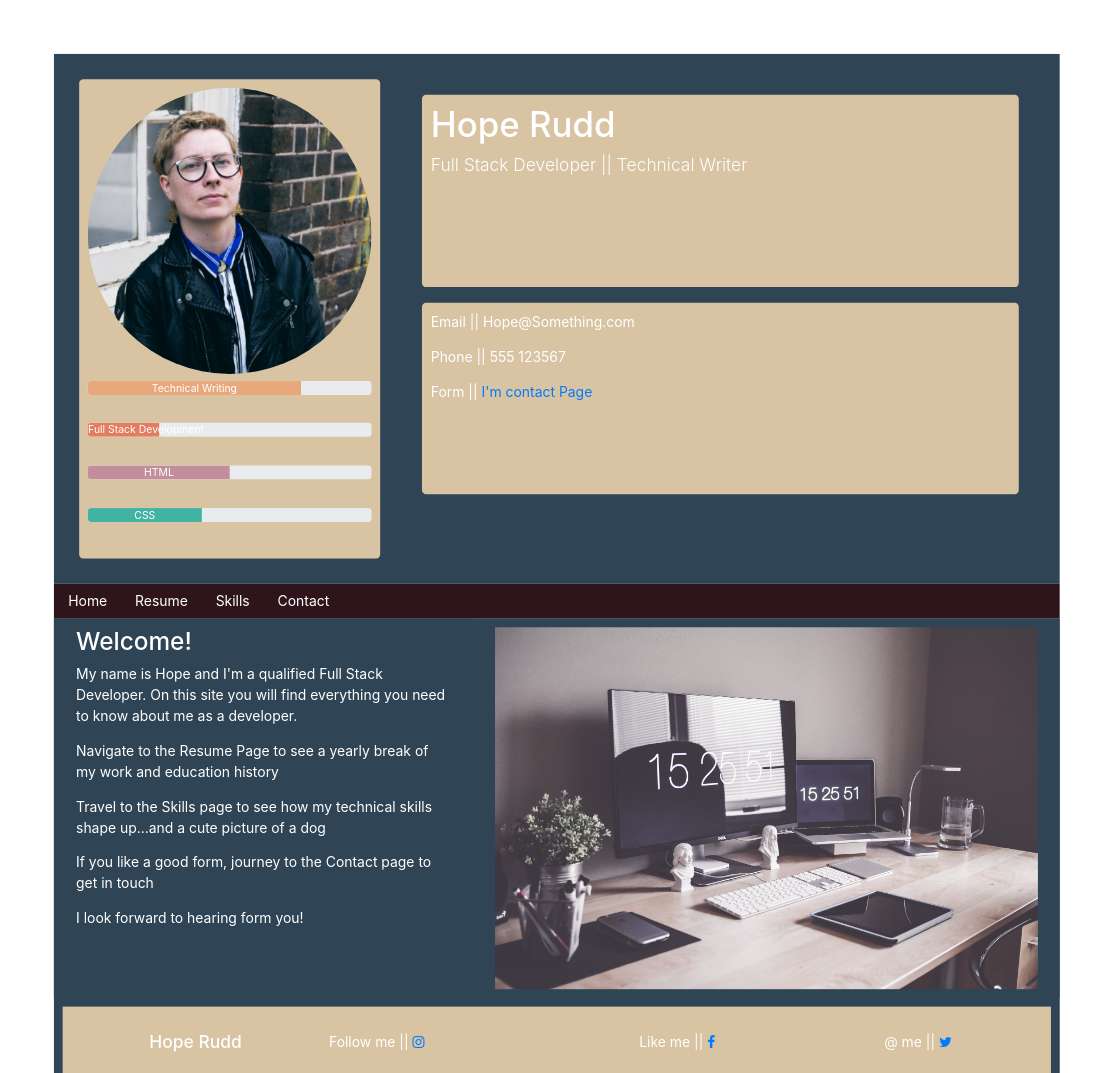
Repository: BleakTerrain/MilestoneProject-
Page: index.html
The author's editor kept a record of every edit. The page is drawn from the files as they stood at one moment, then again after the next edit.
The browser window is 1280 px wide. The pictures show the whole page, at 87% of full size.
Some web libraries are served in a nearby version.

Above is the page before.

### index.html
<html>

<head>
  <!-- Copied from UCB Resume code institue project -->

  <meta charset="UTF-8">
  <meta name="viewport" content="width=device-width, initial-scale=1.0">
  <meta http-equiv="X-UA-Compatible" content="ie=edge">
  <link rel="stylesheet" href="https://maxcdn.bootstrapcdn.com/bootstrap/4.2.1/css/bootstrap.min.css" type="text/css" />
  <link rel="stylesheet" href="https://maxcdn.bootstrapcdn.com/font-awesome/4.7.0/css/font-awesome.min.css" type="text/css" />
  <link rel="stylesheet" href="https://cdnjs.cloudflare.com/ajax/libs/hover.css/2.3.1/css/hover-min.css" type="text/css" />
  <link rel="stylesheet" href="assets/CSS/stylesheet.css" type="text/css" />
  <!-- Copied initial links end -->

  <title> Personal Portfolio</title>
</head>
<header>



</header>

<body>
<div class="intro-container">

 <!-------------------------Intro cards Started----------------------->
      <div class="row">
        <div class= "col-sm-4">
            <section class="jumbotron introtron">
          <img class="intro-image " src="BackgroundCodeInstitute.jpg" alt="Image not found">
           <div class="progress">
                <div class="progress-bar tech-writing " role="progressbar" aria-valuenow="40"
  aria-valuemin="0" aria-valuemax="100" style="width:75%">
  Technical Writing
  </div>
           </div>
            <div class="progress">
                <div class="progress-bar full-stack " role="progressbar" aria-valuenow="40"
  aria-valuemin="0" aria-valuemax="100" style="width:25%">
  Full Stack Development
  </div>
           </div>
             <div class="progress">
                <div class="progress-bar html" role="progressbar" aria-valuenow="40"
  aria-valuemin="0" aria-valuemax="100" style="width:50%">
  HTML
  </div>
           </div>
                <div class="progress">
                <div class="progress-bar css" role="progressbar" aria-valuenow="40"
  aria-valuemin="0" aria-valuemax="100" style="width: 40%">
  CSS
  </div>
           </div>
               </div>

               <div class="col-sm-8">
                 <div class="jumbotron name-card">
                <h1>Hope Rudd</h1>
                 <p class="lead ">Full Stack Developer || Technical Writer </p>
                 </div>

                  <section class= "jumbotron contact-card">
           <div class="row">
             <div class="col-sm-12">
            <p class="contact-info"> Email || Hope@Something.com</p>
            <p class="contact-info"> Phone || 555 123567</p>
            <p class="contact-info"> Form || <a href ="#">I'm contact Page</a></p>
              </div>

</section>
        </section>
        </div>

      </div>
    </div>

</div>
<!-------------------------------Intro cards finished-------------------------------->
<!-------------------------------Nav bar started-------------------------------->
<!-- inspired by example at https://www.w3schools.com/bootstrap4/bootstrap_navs.asp -->
<ul class = " nav navbar-default">
            <li class="nav-item">
              <a class="nav-link" href="#">Home</a>
            </li>
            <li class="nav-item">
              <a class="nav-link" href="#">Resume</a>
            </li>
            <li class="nav-item">
              <a class="nav-link" href="#">Skills</a>
            </li>
            <li class="nav-item">
              <a class="nav-link" href="#">Contact</a>
            </li>
          </ul>
<!-------------------------------Nav bar finished-------------------------------->
<!-------------------------------Bulk text started------------------------------->
    <section class="main-text container-fluid">
<div class="row">
  <div class="col-sm-5 main-text-box">
      <h3>Welcome!</h3> <i class="fas fa-door-open"></i>
      <p> My name is Hope and I'm a qualified Full Stack Developer. On this site you will find everything you need to know about me as a developer.</p>
      <p>Navigate to the Resume Page to see a yearly break of my work and education history</p>
      <p>Travel to the Skills page to see how my technical skills shape up...and a cute picture of a dog </p>
      <p>If you like a good form, journey to the Contact page to get in touch</p>
      <p> I look forward to hearing form you!</p>
  </div>
  <div class="col-sm-7 other-image-background">
<img class="other-image" src="DeskImage.jpg" alt="Image not found">
  </div>
</div>
    </section>
    </body>
<!-------------------------------Bulk text finished------------------------------->



<footer class="footer container-fluid">
<div class="row">
<div class="col-sm-3 footer-item">
  <h5>  Hope Rudd  </h5>
  </div>
  <div class="col-sm-3 footer-item-insta">
      <p>Follow me || <a href = "#"> <i class="fa fa-instagram aria-hidden=true"></i></a></p>
  <span class = "sr-only">Instagram link</span>
  </div>
  <div class="col-sm-3 footer-item">
      <p> Like me || <a href = "#"> <i class="fa fa-facebook aria-hidden=true"></i></a></p>
  <span class = "sr-only">Facebook Link</span>
  </div>
    <div class="col-sm-3 footer-item">
      <p>@ me || <a href = "#"> <i class="fa fa-twitter aria-hidden=true"></i></a></p>
  <span class = "sr-only">Twitter Link</span>
  </div>
</footer>

</html>

### assets/CSS/stylesheet.css

/* Main background taken from bootstraps basics project*/
/* General theme inspiration from : https://visme.co/blog/website-color-schemes/ */

body, html {
  height: 100%;
  margin: 2.5%;
}
/* -----------------------------------Intro bar---------------*/

.intro-container
{
padding:2.5%;
background-color: #2f4454;
}
.jumbotron
{
  margin:2.5%;
 padding: 10px;
 text-align: center;
  background-color: #D8C3A3;
  color:#fff;

}
.jumbotron-header
{
  font-size:500%;

}

.introtron
{
  margin:0;
min-height: 40%;
}

.intro-image {
  padding-bottom: 2.5%;
    width: 100%;
    background-position: center;
    background-repeat: no-repeat;
    transition: all .5s ease-in-out;
    -moz-transition: all .5s ease-in-out;
    -webkit-transition: all .5s ease-in-out;
  border-radius: 50%;
  display:inline-block;
}

.contact-card
{

  text-align: left;
  height:40%;
}
.name-card
{
  text-align:left;
  font-size: x-large;
  height:40%;
}
/*-----------------------------SkillsBar-------------------*/
.skill-bars
{
 width: 100%;
 border: solid 10px #41B3A3 ;
 padding: 2.5%;
}
.progress
{
  margin-bottom:10%;
}
.full-stack
{
  background-color: #E27D60;
}
.tech-writing
{
  background-color: #e8a87c;
}
.html
{
  background-color: #C38D9E;
}
.css
{
  background-color: #41B3A3;
}
/*----------------------------------Nav-----------------------*/
/* There are nav-item classes per nav items because I had different plans - these got changed but I'm keeping them just incase */
.nav
{

  text-align: center;
  background-color: #2E151B;

}
.nav-link
{
  color:#fff;
}
.nav-link:hover
{
  background-color:#eed2dc ;
  color:#2E151B;
}
.nav-item-resume
{
  background-color: #D8C3A3;
}
.nav-item-skills
{
  background-color: #D8C3A3;
}
.nav-item-contact
{
  background-color: #D8C3A3;
}
/*-----------------------------Main-Text-------------------*/
.main-text
{
  background-color: #2f4454;
}

.main-text-box
{
  border: solid 10px #2f4454;
  background-color: #2f4454;
  color: #fff;
}
.other-image-background
{
border: solid 10px #2f4454;
 margin:0;
}
.other-image {

width: 100%;
  display:block;

}

.resume-main-text
{
  color:#2E151B;
  background-color:#fbf7f5 ;
  border: solid 10px #2f4454;
  padding:2.5% ;
}

.resume-image
{
  max-height: 50%;
   margin-top: 2.5%;
    padding-bottom: 2.5%;
    width: 100%;
    background-repeat: no-repeat;
  display:inline-block;
}


/*-----------------------------Timeline-------------------*/
/*-- Influenced by http://www.prepbootstrap.com/bootstrap-template/timeline ---*/
.timeline {
  list-style: none;
  padding: 10px 0 10px;
  position: relative;

}
.timeline:before {
  top: 0;
  bottom: 0;
  position: absolute;
  content: " ";
  width: 3px;
  background-color: #2f4454 ;
  left: 10px;
  margin-left:-2px;
}
.timeline-item {
  margin-bottom: 10px;
  position: relative;
}

.timeline-item:before
.timeline-item:after {
  content: " ";
  display: table;
}

 .timeline-panel {
   background-color: #2f4454;
   color:#fff;
  width: 90%;
  float: center;
  border: 1px solid #d4d4d4;
  border-radius: 10px;
  padding: 10px;
  position: relative;
  margin-left: 35px;
}
.timeline-panel:before {
  position: absolute;
  display: block;
}
.timeline-panel:after {
  position: absolute;
  display: block;
}
 .timeline-badge {
  color:#2f4454 ;
  font-size: 30px;
  line-height: 25px;
  text-align: center;
  position: absolute;
  top: 16px;
  left: -7px;

}

/*------------------------------Footer---------------------*/
.footer
{ background-color: #D8C3A3;
color:#fff;
padding: 2.5%;
border: solid 10px #2f4454 ;
}
.footer-item
{
  text-align: center;
}
/*------------------------------MediaQueries-----------------*/

@media (max-width: 573)
{
  .name-card
{
height: 100%;
background-color: #E85a4f;
}


.contact-card
{
height: 100%;
background-color: #E98074;
}
}
.other-image
{
  height:100%;

}

After the next edit:
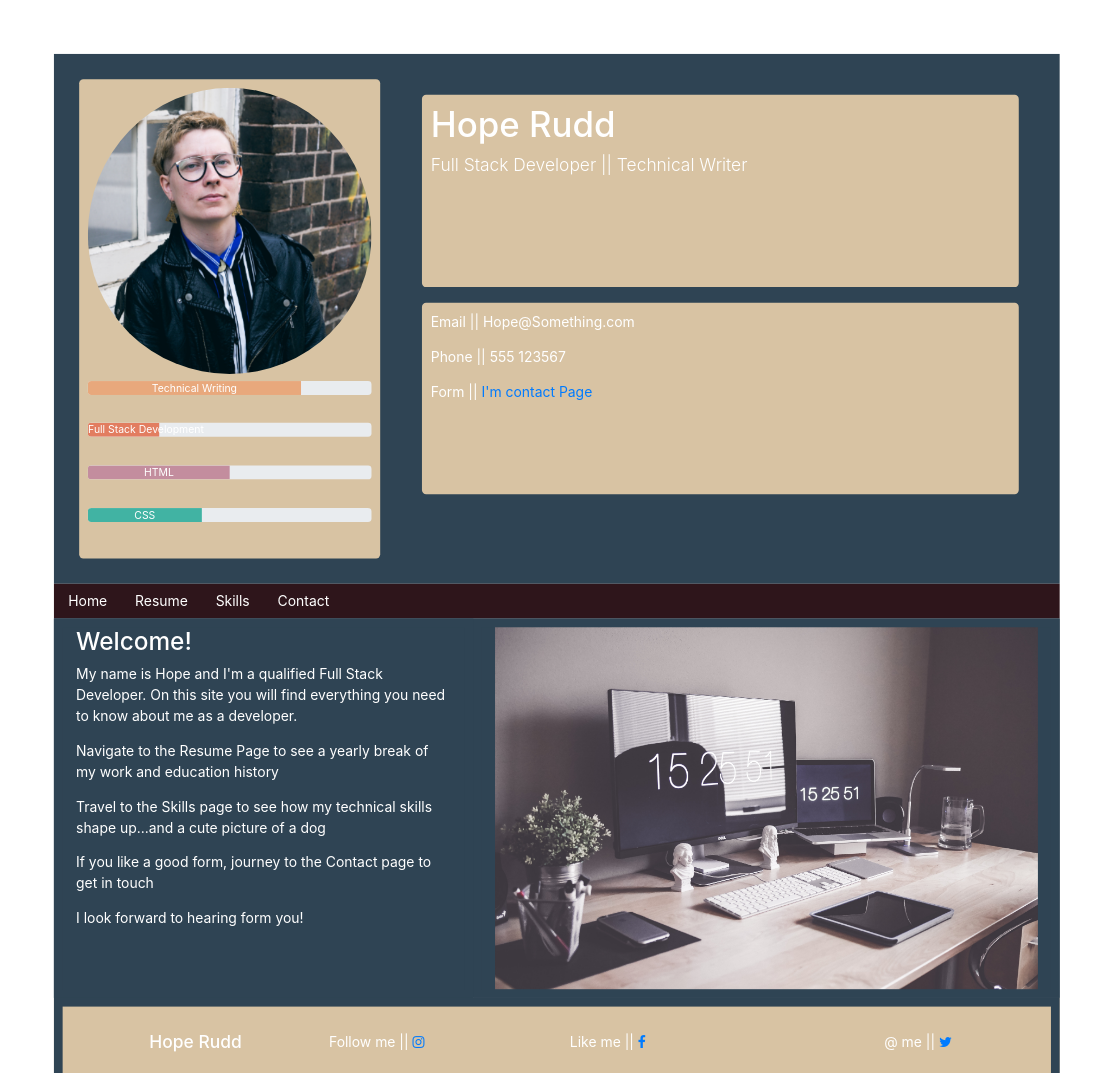
The edit:
--- a/index.html
+++ b/index.html
@@ -124,7 +124,7 @@
       <p>Follow me || <a href = "#"> <i class="fa fa-instagram aria-hidden=true"></i></a></p>
   <span class = "sr-only">Instagram link</span>
   </div>
-  <div class="col-sm-3 footer-item">
+  <div class="col-sm-3 footer-item-facebook">
       <p> Like me || <a href = "#"> <i class="fa fa-facebook aria-hidden=true"></i></a></p>
   <span class = "sr-only">Facebook Link</span>
   </div>
